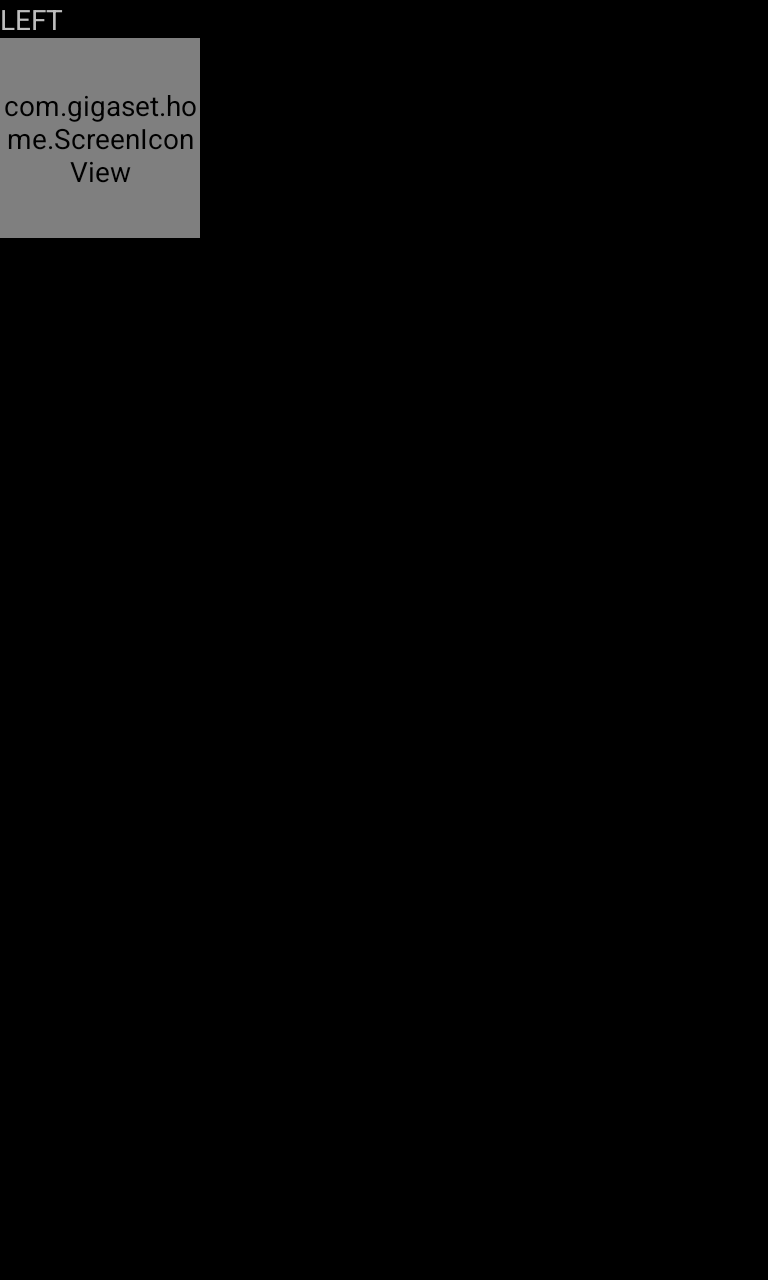
Repository: yoszka/test
Layout: com.example.android.home.Home/res/layout/left.xml
The author's editor kept a copy of each file at every save. The layout is drawn from the files as they stood at one save, then again after the next save.
Pictures or frames that could not be fetched are drawn as grey boxes. It is drawn on a 768 x 1280 px phone screen (xhdpi) without system bars, with theme android:Theme; the app's code is not run.

Above is the layout before, as saved 2012-09-10 19:38:45.

### com.example.android.home.Home/res/layout/left.xml
<?xml version="1.0" encoding="utf-8"?>
<LinearLayout xmlns:android="http://schemas.android.com/apk/res/android"
    		  xmlns:atrybutes="http://schemas.android.com/apk/res/com.example.android.home"
    android:layout_width="match_parent"
    android:layout_height="match_parent"
    android:orientation="vertical">

    <TextView
        android:id="@+id/textViewLeft"
        android:layout_width="wrap_content"
        android:layout_height="wrap_content"
        android:text="LEFT" />

    <com.gigaset.home.ScreenIconView
        android:id="@+id/screenIndicator"
        android:layout_width	 = "100dp"
        android:layout_height	 = "100dp"
        atrybutes:label			 = "Dupa"
        atrybutes:icon_active 	 = "@drawable/tlo_act"
        atrybutes:icon_inactive  = "@drawable/tlo"
        atrybutes:pages_cnt 	 = "3"
        atrybutes:default_active = "3"
        atrybutes:width 		 = "100"
        atrybutes:height 		 = "40"
        android:background="@android:color/black"/>

</LinearLayout>

### com.example.android.home.Home/res/drawable/tlo_act.xml
<?xml version="1.0" encoding="utf-8"?>
<shape xmlns:android="http://schemas.android.com/apk/res/android" >
    <corners android:radius="5dp" />
    <solid android:color="@android:color/black"/>
    <stroke android:color="#0f0" android:width="3dp"/>

</shape>

### com.example.android.home.Home/res/drawable/tlo.xml
<?xml version="1.0" encoding="utf-8"?>
<shape xmlns:android="http://schemas.android.com/apk/res/android" >
    <corners android:radius="5dp" />
    <gradient android:startColor="#500" android:endColor="#DDD" android:type="linear"/>
    <stroke android:color="#0f0" android:width="3dp"/>

</shape>

After the next save:
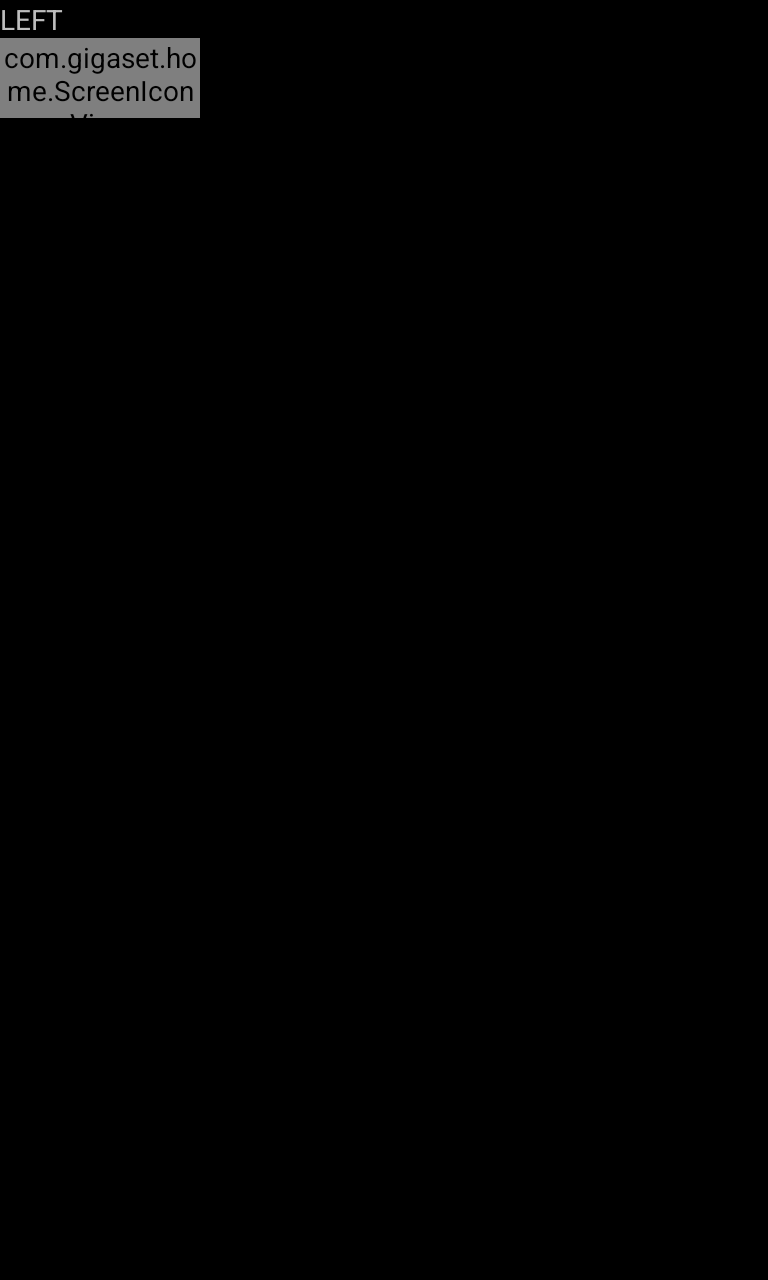
Saved 18 s later.
--- a/com.example.android.home.Home/res/layout/left.xml
+++ b/com.example.android.home.Home/res/layout/left.xml
@@ -14,14 +14,14 @@
     <com.gigaset.home.ScreenIconView
         android:id="@+id/screenIndicator"
         android:layout_width	 = "100dp"
-        android:layout_height	 = "100dp"
+        android:layout_height	 = "40dp"
         atrybutes:label			 = "Dupa"
         atrybutes:icon_active 	 = "@drawable/tlo_act"
         atrybutes:icon_inactive  = "@drawable/tlo"
         atrybutes:pages_cnt 	 = "3"
         atrybutes:default_active = "3"
-        atrybutes:width 		 = "100"
-        atrybutes:height 		 = "40"
+        atrybutes:width 		 = "100dp"
+        atrybutes:height 		 = "40dp"
         android:background="@android:color/black"/>
 
 </LinearLayout>
